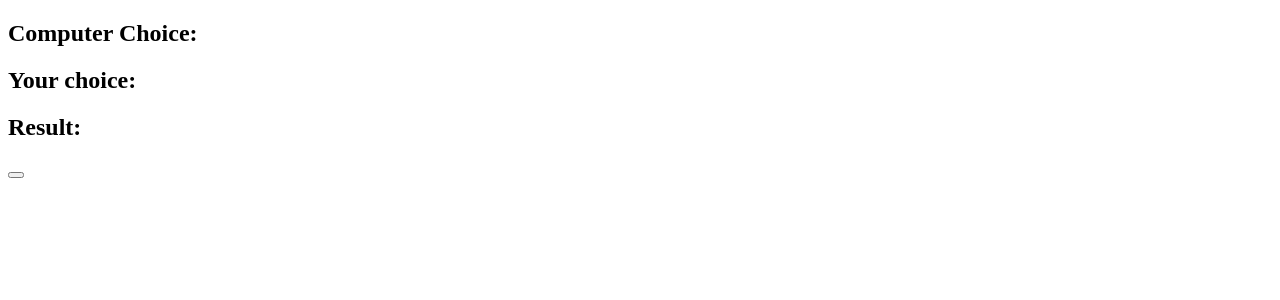
Repository: biggie-pti/java-script-simple-game
Page: index.html
An editor plug-in stored every save of this project. The page is shown before and after the next save, followed by the edit.
The browser window is 1280 px wide. The pictures show the whole page.

Above is the page before, as saved 2022-02-28 18:55:47.

### index.html
<!DOCTYPE html>
<html lang="en">
<head>
    <meta charset="UTF-8">
    <meta http-equiv="X-UA-Compatible" content="IE=edge">
    <meta name="viewport" content="width=device-width, initial-scale=1.0">
    <title>Rock Paper Scissors Tutorial</title>
</head>
<body>
    <h2>Computer Choice: <span id="computer-choice"></span></h2>
    <h2>Your choice: <span id="user-choice"></span></h2>
    <h2> Result: <span id="result"></span></h2>

    <button id="rock"></button>

    <script src="app.js" charset="utf-8"></script>
</body>
</html>

Loaded but not shown: app.js (no copy from this time; the picture is the same without it)

After the next save:
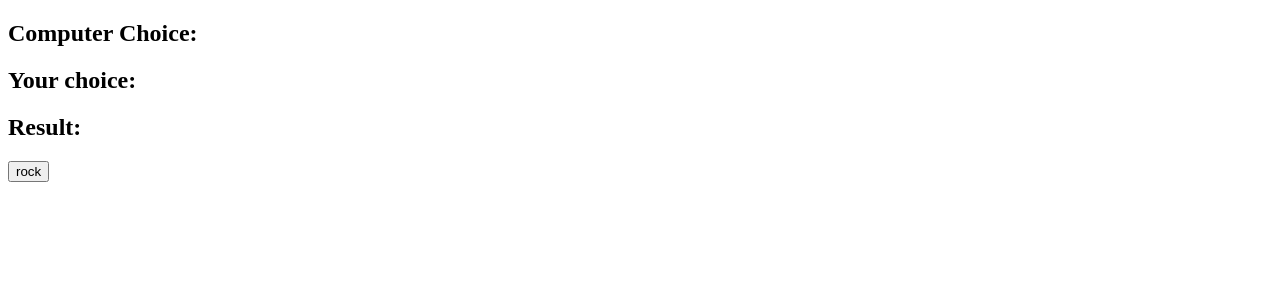
Saved 9 s later.
--- a/index.html
+++ b/index.html
@@ -11,7 +11,7 @@
     <h2>Your choice: <span id="user-choice"></span></h2>
     <h2> Result: <span id="result"></span></h2>
 
-    <button id="rock"></button>
+    <button id="rock"> rock</button>
 
     <script src="app.js" charset="utf-8"></script>
 </body>
